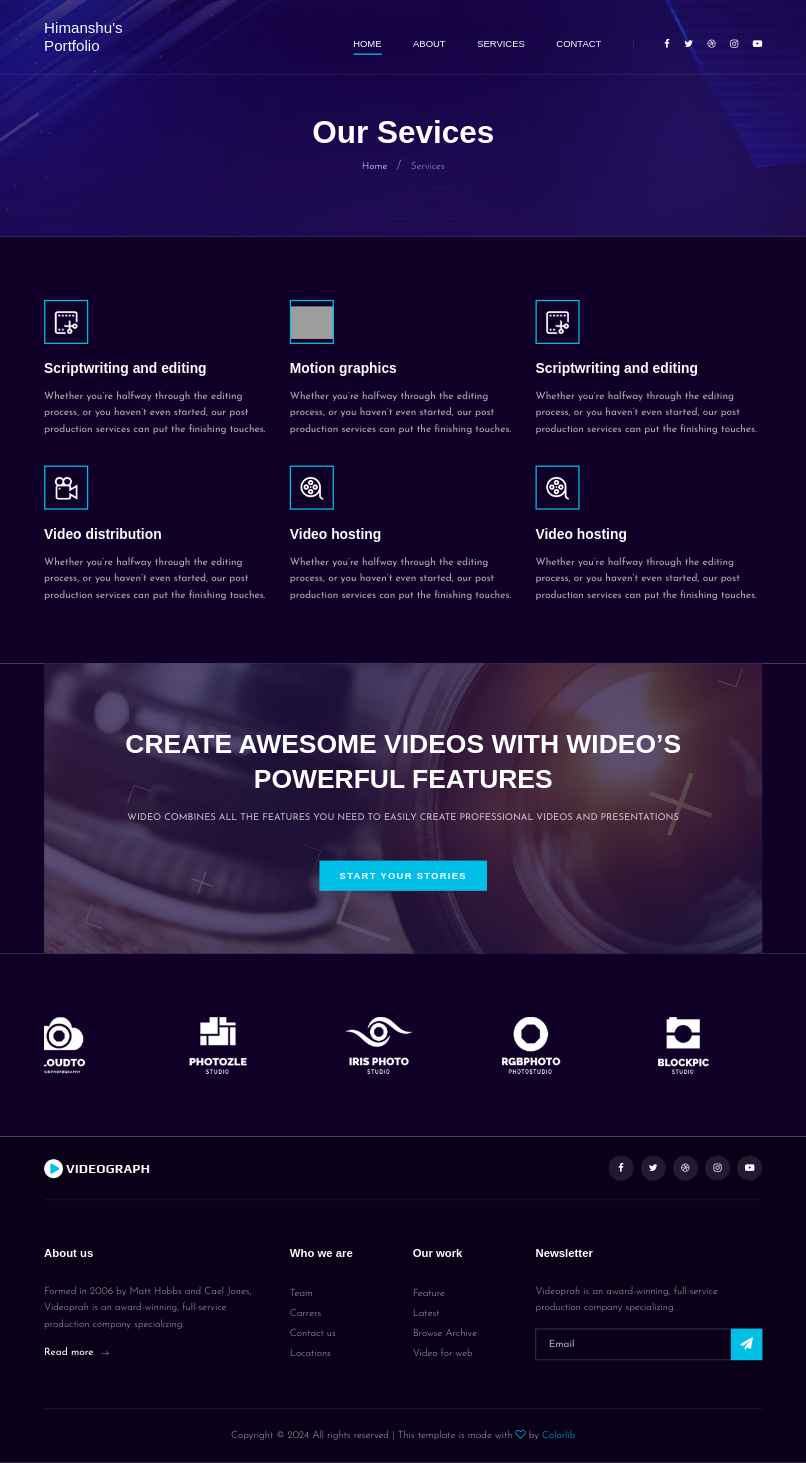
Repository: codexshot/himanshu-portfolio.io
Page: services.html
These files come from the project's save history. The page is drawn as it stood at one moment and after the next save; the edit follows.
The browser window is 1280 px wide. The pictures show the whole page, at 63% of full size.
Pictures or frames that could not be fetched are drawn as grey boxes. Some web fonts or font styles are not loaded; a fallback is used.

Above is the page before, as saved 2024-04-14 20:00:18.

### services.html
<!DOCTYPE html>
<html lang="zxx">

<head>
    <meta charset="UTF-8">
    <meta name="description" content="Videograph Template">
    <meta name="keywords" content="Videograph, unica, creative, html">
    <meta name="viewport" content="width=device-width, initial-scale=1.0">
    <meta http-equiv="X-UA-Compatible" content="ie=edge">
    <title>Videograph | Template</title>

    <!-- Google Font -->
    <link href="https://fonts.googleapis.com/css2?family=Play:wght@400;700&display=swap" rel="stylesheet">
    <link href="https://fonts.googleapis.com/css2?family=Josefin+Sans:wght@300;400;500;600;700&display=swap"
        rel="stylesheet">

    <!-- Css Styles -->
    <link rel="stylesheet" href="css/bootstrap.min.css" type="text/css">
    <link rel="stylesheet" href="css/font-awesome.min.css" type="text/css">
    <link rel="stylesheet" href="css/elegant-icons.css" type="text/css">
    <link rel="stylesheet" href="css/owl.carousel.min.css" type="text/css">
    <link rel="stylesheet" href="css/magnific-popup.css" type="text/css">
    <link rel="stylesheet" href="css/slicknav.min.css" type="text/css">
    <link rel="stylesheet" href="css/style.css" type="text/css">
</head>

<body>
    <!-- Page Preloder -->
    <div id="preloder">
        <div class="loader"></div>
    </div>

    <!-- Header Section Begin -->
    <header class="header">
        <div class="container">
            <div class="row">
                <div class="col-lg-2">
                    <div class="header__logo">
                        <h4 style="color: aliceblue;">Himanshu's Portfolio</h4>
                    </div>
                </div>
                <div class="col-lg-10">l̥
                    <div class="header__nav__option">
                        <nav class="header__nav__menu mobile-menu">
                            <ul>
                                <li class="active"><a href="./index.html">Home</a></li>
                                <li><a href="./about.html">About</a></li>

                                <li><a href="./services.html">Services</a></li>
                                <li><a href="./contact.html">Contact</a></li>
                            </ul>
                        </nav>
                        <div class="header__nav__social">
                            <a href="#"><i class="fa fa-facebook"></i></a>
                            <a href="#"><i class="fa fa-twitter"></i></a>
                            <a href="#"><i class="fa fa-dribbble"></i></a>
                            <a href="#"><i class="fa fa-instagram"></i></a>
                            <a href="#"><i class="fa fa-youtube-play"></i></a>
                        </div>
                    </div>
                </div>
            </div>
            <div id="mobile-menu-wrap"></div>
        </div>
    </header>
    <!-- Header End -->

    <!-- Breadcrumb Begin -->
    <div class="breadcrumb-option spad set-bg" data-setbg="img/breadcrumb-bg.jpg">
        <div class="container">
            <div class="row">
                <div class="col-lg-12 text-center">
                    <div class="breadcrumb__text">
                        <h2>Our Sevices</h2>
                        <div class="breadcrumb__links">
                            <a href="#">Home</a>
                            <span>Services</span>
                        </div>
                    </div>
                </div>
            </div>
        </div>
    </div>
    <!-- Breadcrumb End -->

    <!-- Services Section Begin -->
    <section class="services-page spad">
        <div class="container">
            <div class="row">
                <div class="col-lg-4 col-md-6 col-sm-6">
                    <div class="services__item">
                        <div class="services__item__icon">
                            <img src="img/icons/si-2.png" alt="">
                        </div>
                        <h4>Scriptwriting and editing</h4>
                        <p>Whether you’re halfway through the editing process, or you haven’t even started, our post
                            production services can put the finishing touches.</p>
                    </div>
                </div>
                <div class="col-lg-4 col-md-6 col-sm-6">
                    <div class="services__item">
                        <div class="services__item__icon">
                            <img src="img/icons/si-1.png" alt="">
                        </div>
                        <h4>Motion graphics</h4>
                        <p>Whether you’re halfway through the editing process, or you haven’t even started, our post
                            production services can put the finishing touches.</p>
                    </div>
                </div>
                <div class="col-lg-4 col-md-6 col-sm-6">
                    <div class="services__item">
                        <div class="services__item__icon">
                            <img src="img/icons/si-2.png" alt="">
                        </div>
                        <h4>Scriptwriting and editing</h4>
                        <p>Whether you’re halfway through the editing process, or you haven’t even started, our post
                            production services can put the finishing touches.</p>
                    </div>
                </div>
                <div class="col-lg-4 col-md-6 col-sm-6">
                    <div class="services__item">
                        <div class="services__item__icon">
                            <img src="img/icons/si-3.png" alt="">
                        </div>
                        <h4>Video distribution</h4>
                        <p>Whether you’re halfway through the editing process, or you haven’t even started, our post
                            production services can put the finishing touches.</p>
                    </div>
                </div>
                <div class="col-lg-4 col-md-6 col-sm-6">
                    <div class="services__item">
                        <div class="services__item__icon">
                            <img src="img/icons/si-4.png" alt="">
                        </div>
                        <h4>Video hosting</h4>
                        <p>Whether you’re halfway through the editing process, or you haven’t even started, our post
                            production services can put the finishing touches.</p>
                    </div>
                </div>
                <div class="col-lg-4 col-md-6 col-sm-6">
                    <div class="services__item">
                        <div class="services__item__icon">
                            <img src="img/icons/si-4.png" alt="">
                        </div>
                        <h4>Video hosting</h4>
                        <p>Whether you’re halfway through the editing process, or you haven’t even started, our post
                            production services can put the finishing touches.</p>
                    </div>
                </div>
            </div>
        </div>
    </section>
    <!-- Services Section End -->

    <!-- Call To Action Section Begin -->
    <section class="callto sp__callto">
        <div class="container">
            <div class="callto__services spad set-bg" data-setbg="img/calltos-bg.jpg">
                <div class="row d-flex justify-content-center">
                    <div class="col-lg-10 text-center">
                        <div class="callto__text">
                            <h2>CREATE AWESOME VIDEOS WITH WIDEO’S POWERFUL FEATURES</h2>
                            <p>Wideo combines all the features you need to easily create professional videos and
                                presentations</p>
                            <a href="#">Start your stories</a>
                        </div>
                    </div>
                </div>
            </div>
        </div>
    </section>
    <!-- Call To Action Section End -->

    <!-- Logo Begin -->
    <div class="logo spad">
        <div class="container">
            <div class="logo__carousel owl-carousel">
                <a href="#" class="logo__item"><img src="img/logo/logo-1.png" alt=""></a>
                <a href="#" class="logo__item"><img src="img/logo/logo-2.png" alt=""></a>
                <a href="#" class="logo__item"><img src="img/logo/logo-3.png" alt=""></a>
                <a href="#" class="logo__item"><img src="img/logo/logo-4.png" alt=""></a>
                <a href="#" class="logo__item"><img src="img/logo/logo-5.png" alt=""></a>
                <a href="#" class="logo__item"><img src="img/logo/logo-6.png" alt=""></a>
            </div>
        </div>
    </div>
    <!-- Logo End -->

    <!-- Footer Section Begin -->
    <footer class="footer">
        <div class="container">
            <div class="footer__top">
                <div class="row">
                    <div class="col-lg-6 col-md-6">
                        <div class="footer__top__logo">
                            <a href="#"><img src="img/logo.png" alt=""></a>
                        </div>
                    </div>
                    <div class="col-lg-6 col-md-6">
                        <div class="footer__top__social">
                            <a href="#"><i class="fa fa-facebook"></i></a>
                            <a href="#"><i class="fa fa-twitter"></i></a>
                            <a href="#"><i class="fa fa-dribbble"></i></a>
                            <a href="#"><i class="fa fa-instagram"></i></a>
                            <a href="#"><i class="fa fa-youtube-play"></i></a>
                        </div>
                    </div>
                </div>
            </div>
            <div class="footer__option">
                <div class="row">
                    <div class="col-lg-4 col-md-6 col-sm-6">
                        <div class="footer__option__item">
                            <h5>About us</h5>
                            <p>Formed in 2006 by Matt Hobbs and Cael Jones, Videoprah is an award-winning, full-service
                                production company specializing.</p>
                            <a href="#" class="read__more">Read more <span class="arrow_right"></span></a>
                        </div>
                    </div>
                    <div class="col-lg-2 col-md-3 col-sm-3">
                        <div class="footer__option__item">
                            <h5>Who we are</h5>
                            <ul>
                                <li><a href="#">Team</a></li>
                                <li><a href="#">Carrers</a></li>
                                <li><a href="#">Contact us</a></li>
                                <li><a href="#">Locations</a></li>
                            </ul>
                        </div>
                    </div>
                    <div class="col-lg-2 col-md-3 col-sm-3">
                        <div class="footer__option__item">
                            <h5>Our work</h5>
                            <ul>
                                <li><a href="#">Feature</a></li>
                                <li><a href="#">Latest</a></li>
                                <li><a href="#">Browse Archive</a></li>
                                <li><a href="#">Video for web</a></li>
                            </ul>
                        </div>
                    </div>
                    <div class="col-lg-4 col-md-12">
                        <div class="footer__option__item">
                            <h5>Newsletter</h5>
                            <p>Videoprah is an award-winning, full-service production company specializing.</p>
                            <form action="#">
                                <input type="text" placeholder="Email">
                                <button type="submit"><i class="fa fa-send"></i></button>
                            </form>
                        </div>
                    </div>
                </div>
            </div>
            <div class="footer__copyright">
                <div class="row">
                    <div class="col-lg-12 text-center">
                        <!-- Link back to Colorlib can't be removed. Template is licensed under CC BY 3.0. -->
                        <p class="footer__copyright__text">Copyright &copy;
                            <script>
                                document.write(new Date().getFullYear());
                            </script>
                            All rights reserved | This template is made with <i class="fa fa-heart-o"
                                aria-hidden="true"></i> by <a href="https://colorlib.com" target="_blank">Colorlib</a>
                        </p>
                        <!-- Link back to Colorlib can't be removed. Template is licensed under CC BY 3.0. -->
                    </div>
                </div>
            </div>
        </div>
    </footer>
    <!-- Footer Section End -->

    <!-- Js Plugins -->
    <script src="js/jquery-3.3.1.min.js"></script>
    <script src="js/bootstrap.min.js"></script>
    <script src="js/jquery.magnific-popup.min.js"></script>
    <script src="js/mixitup.min.js"></script>
    <script src="js/masonry.pkgd.min.js"></script>
    <script src="js/jquery.slicknav.js"></script>
    <script src="js/owl.carousel.min.js"></script>
    <script src="js/main.js"></script>
</body>

</html>

Loaded but not shown: css/bootstrap.min.css (library); css/font-awesome.min.css (library); css/owl.carousel.min.css (library); css/magnific-popup.css (library); css/slicknav.min.css (common file); js/jquery-3.3.1.min.js (library); js/bootstrap.min.js (library); js/jquery.magnific-popup.min.js (library); js/mixitup.min.js (library); js/masonry.pkgd.min.js (library); js/jquery.slicknav.js (library); js/owl.carousel.min.js (library); js/main.js (182 lines, source omitted); css/style.css (2344 lines, source omitted); css/elegant-icons.css (1157 lines, source omitted)

After the next save:
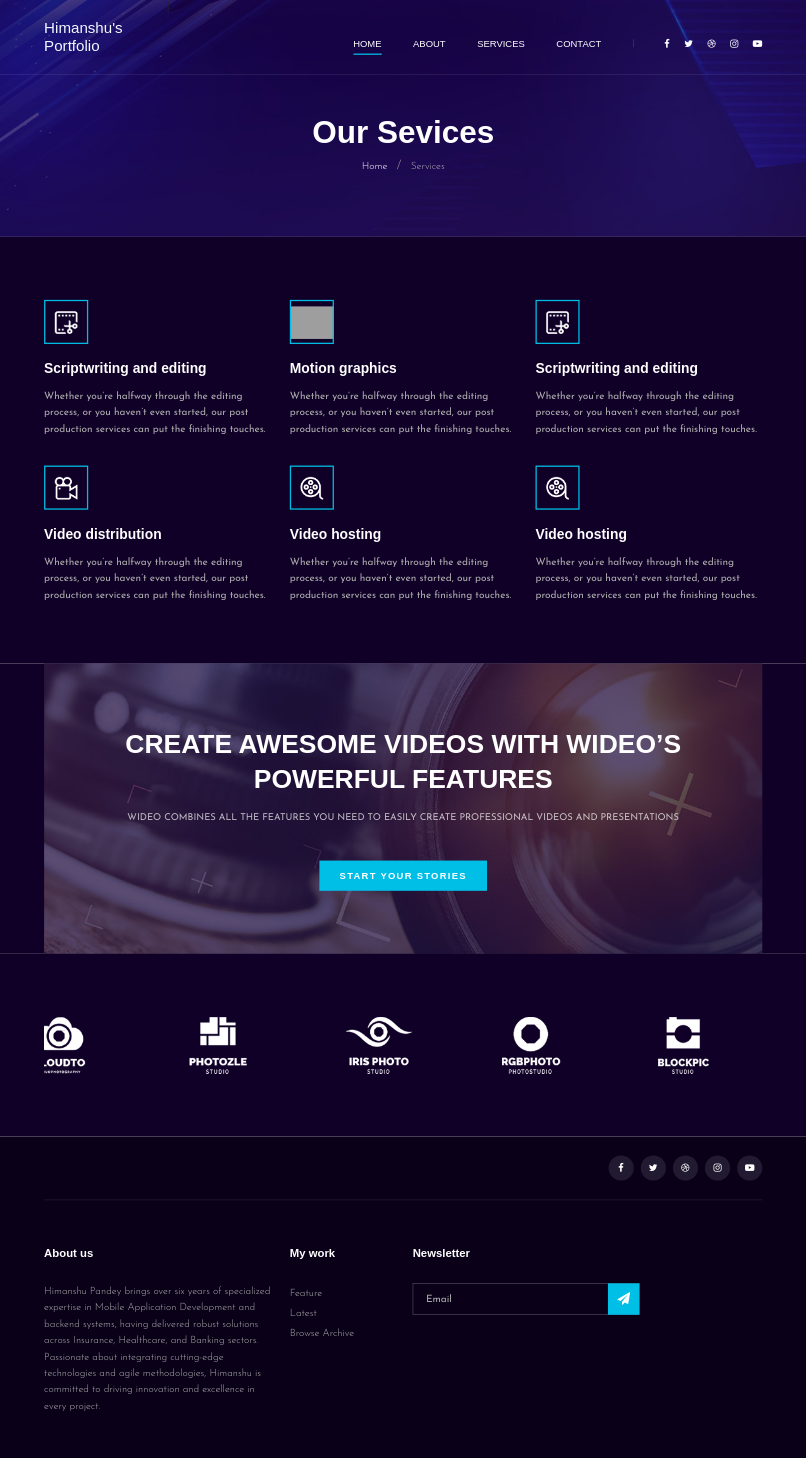
Saved 92 s later.
--- a/services.html
+++ b/services.html
@@ -193,7 +193,7 @@
                 <div class="row">
                     <div class="col-lg-6 col-md-6">
                         <div class="footer__top__logo">
-                            <a href="#"><img src="img/logo.png" alt=""></a>
+
                         </div>
                     </div>
                     <div class="col-lg-6 col-md-6">
@@ -209,40 +209,29 @@
             </div>
             <div class="footer__option">
                 <div class="row">
-                    <div class="col-lg-4 col-md-6 col-sm-6">
+                    <div class="col-lg-4 col-md-6">
                         <div class="footer__option__item">
                             <h5>About us</h5>
-                            <p>Formed in 2006 by Matt Hobbs and Cael Jones, Videoprah is an award-winning, full-service
-                                production company specializing.</p>
-                            <a href="#" class="read__more">Read more <span class="arrow_right"></span></a>
-                        </div>
-                    </div>
-                    <div class="col-lg-2 col-md-3 col-sm-3">
+                            <p>Himanshu Pandey brings over six years of specialized expertise in Mobile Application Development and backend systems, having delivered robust solutions across Insurance, Healthcare, and Banking sectors. Passionate about integrating cutting-edge technologies and agile methodologies, Himanshu is committed to driving innovation and excellence in every project.</p>
+
+                        </div>
+                    </div>
+
+                    <div class="col-lg-2 col-md-3">
                         <div class="footer__option__item">
-                            <h5>Who we are</h5>
-                            <ul>
-                                <li><a href="#">Team</a></li>
-                                <li><a href="#">Carrers</a></li>
-                                <li><a href="#">Contact us</a></li>
-                                <li><a href="#">Locations</a></li>
-                            </ul>
-                        </div>
-                    </div>
-                    <div class="col-lg-2 col-md-3 col-sm-3">
-                        <div class="footer__option__item">
-                            <h5>Our work</h5>
+                            <h5>My work</h5>
                             <ul>
                                 <li><a href="#">Feature</a></li>
                                 <li><a href="#">Latest</a></li>
                                 <li><a href="#">Browse Archive</a></li>
-                                <li><a href="#">Video for web</a></li>
+
                             </ul>
                         </div>
                     </div>
                     <div class="col-lg-4 col-md-12">
                         <div class="footer__option__item">
                             <h5>Newsletter</h5>
-                            <p>Videoprah is an award-winning, full-service production company specializing.</p>
+                            <!-- <p>Videoprah is an award-winning, full-service production company specializing.</p> -->
                             <form action="#">
                                 <input type="text" placeholder="Email">
                                 <button type="submit"><i class="fa fa-send"></i></button>
@@ -251,21 +240,7 @@
                     </div>
                 </div>
             </div>
-            <div class="footer__copyright">
-                <div class="row">
-                    <div class="col-lg-12 text-center">
-                        <!-- Link back to Colorlib can't be removed. Template is licensed under CC BY 3.0. -->
-                        <p class="footer__copyright__text">Copyright &copy;
-                            <script>
-                                document.write(new Date().getFullYear());
-                            </script>
-                            All rights reserved | This template is made with <i class="fa fa-heart-o"
-                                aria-hidden="true"></i> by <a href="https://colorlib.com" target="_blank">Colorlib</a>
-                        </p>
-                        <!-- Link back to Colorlib can't be removed. Template is licensed under CC BY 3.0. -->
-                    </div>
-                </div>
-            </div>
+
         </div>
     </footer>
     <!-- Footer Section End -->
